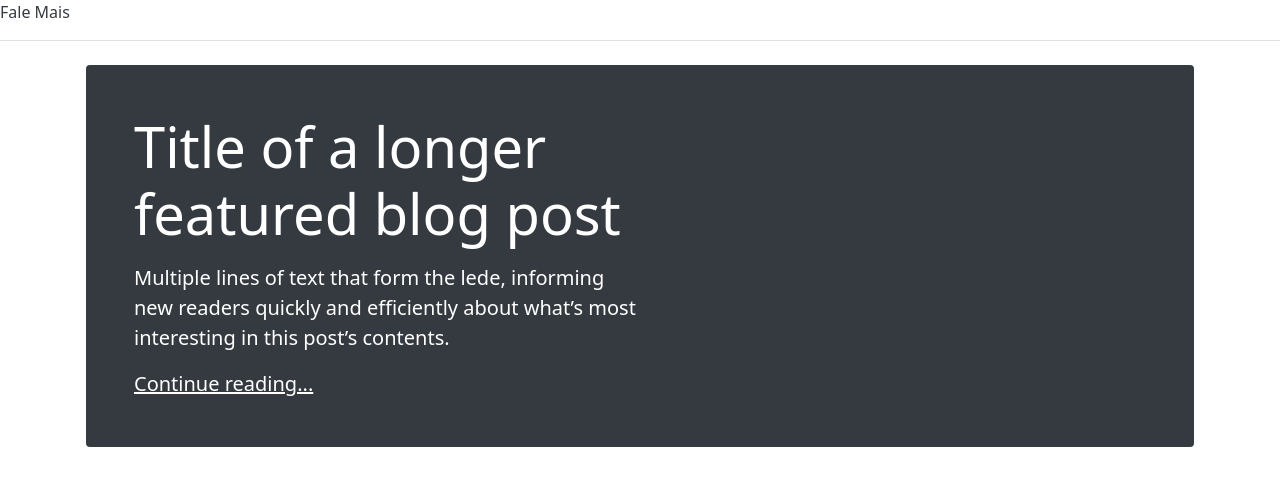
Repository: JuniorMagalhaesDeAlcantara/Fale-Mais
Page: src/resource/index.html
These files come from the project's save history. The page is drawn as it stood at one moment and after the next save; the edit follows.
The browser window is 1280 px wide. The pictures show the whole page.

Above is the page before, as saved 2022-08-02 14:19:39.

After the next save:
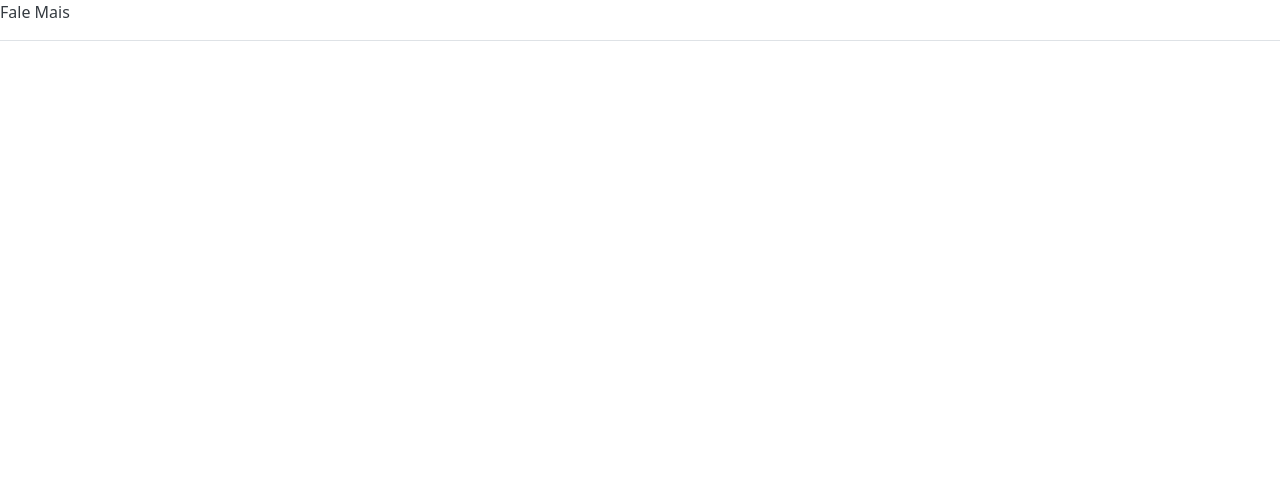
Saved 21 s later.
--- a/src/resource/index.html
+++ b/src/resource/index.html
@@ -17,7 +17,7 @@
         </div>
       </header>
       <main class="container">
-        <div class="p-4 p-md-5 mb-4 text-white rounded bg-dark">
+        <div class="p-4 p-md-5 mb-4 text-white">
           <div class="col-md-6 px-0">
             <h1 class="display-4 fst-italic">Title of a longer featured blog post</h1>
             <p class="lead my-3">Multiple lines of text that form the lede, informing new readers quickly and efficiently about what’s most interesting in this post’s contents.</p>

After the save that followed:
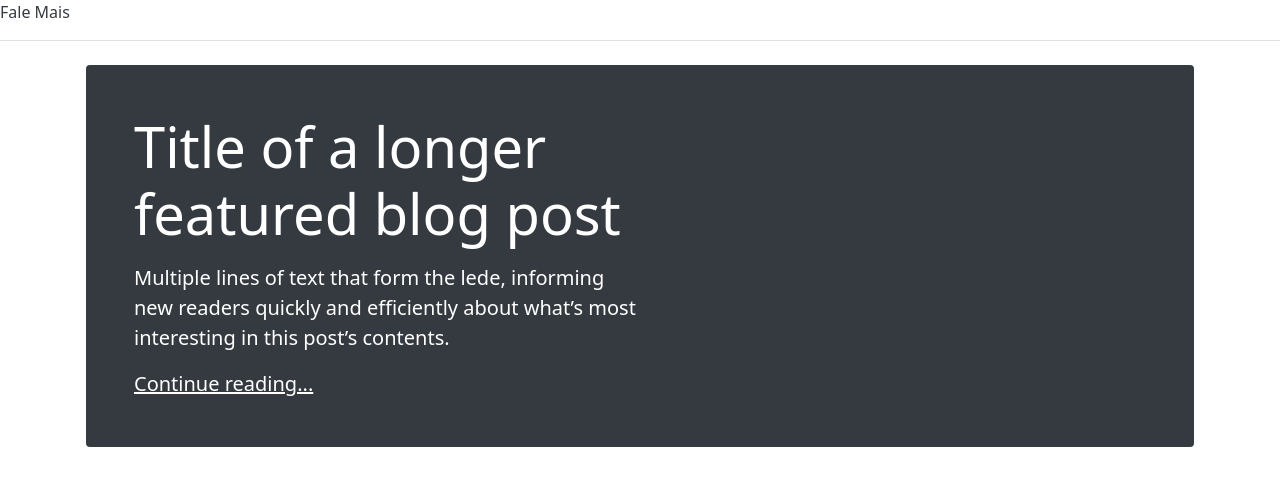
Saved 10 s later.
--- a/src/resource/index.html
+++ b/src/resource/index.html
@@ -17,7 +17,7 @@
         </div>
       </header>
       <main class="container">
-        <div class="p-4 p-md-5 mb-4 text-white">
+        <div class="p-4 p-md-5 mb-4 text-white rounded bg-dark">
           <div class="col-md-6 px-0">
             <h1 class="display-4 fst-italic">Title of a longer featured blog post</h1>
             <p class="lead my-3">Multiple lines of text that form the lede, informing new readers quickly and efficiently about what’s most interesting in this post’s contents.</p>
